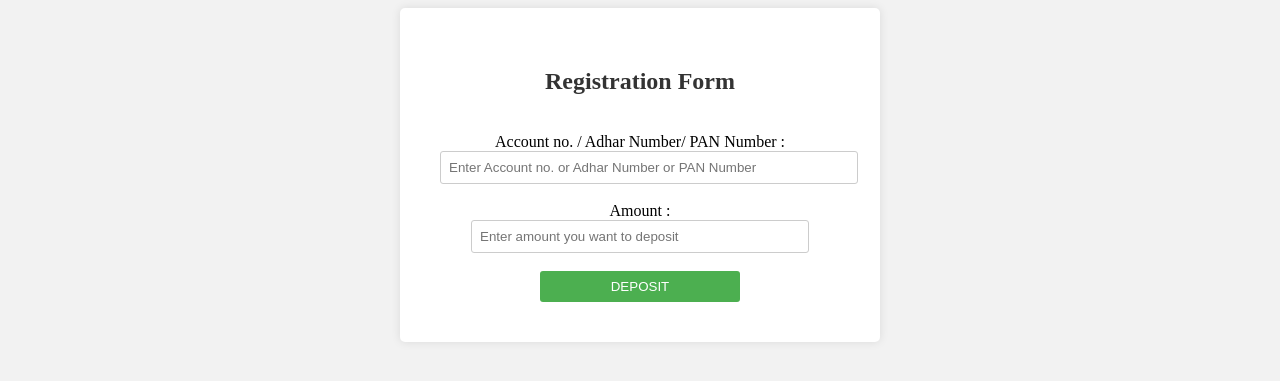
Repository: mansistic-0n3/Java_IGT
Page: Java Project/BankJSP/src/main/webapp/Deposit.html
These files come from the project's save history. The page is drawn as it stood at one moment and after the next save; the edit follows.
The browser window is 1280 px wide. The pictures show the whole page.

Above is the page before, as saved 2023-06-28 21:47:31.

After the next save:
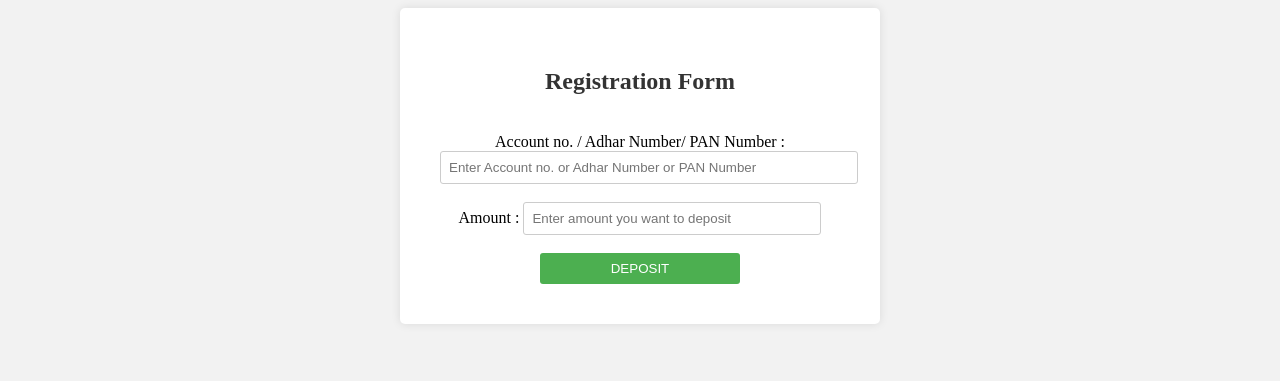
Saved 15 s later.
--- a/Java Project/BankJSP/src/main/webapp/Deposit.html
+++ b/Java Project/BankJSP/src/main/webapp/Deposit.html
@@ -10,7 +10,7 @@
       <br>
         Account no. / Adhar Number/ PAN Number : <input type="text" name="name" placeholder="Enter Account no. or Adhar Number or PAN Number" style="width: 100%; padding: 8px; border-radius: 3px; border: 1px solid #cccccc;">
       <br><br>
-        Amount : <input type="password" name="pass" placeholder="Enter amount you want to deposit" style="width: 80%; padding: 8px; border-radius: 3px; border: 1px solid #cccccc;">
+        Amount : <input type="password" name="pass" placeholder="Enter amount you want to deposit" style="width: 70%; padding: 8px; border-radius: 3px; border: 1px solid #cccccc;">
       <br><br>
         <button type="submit" style="width: 50%; padding: 8px; border-radius: 3px; border: none; background-color: #4CAF50; color: #ffffff; cursor: pointer;">DEPOSIT</button>
   </form></div>
